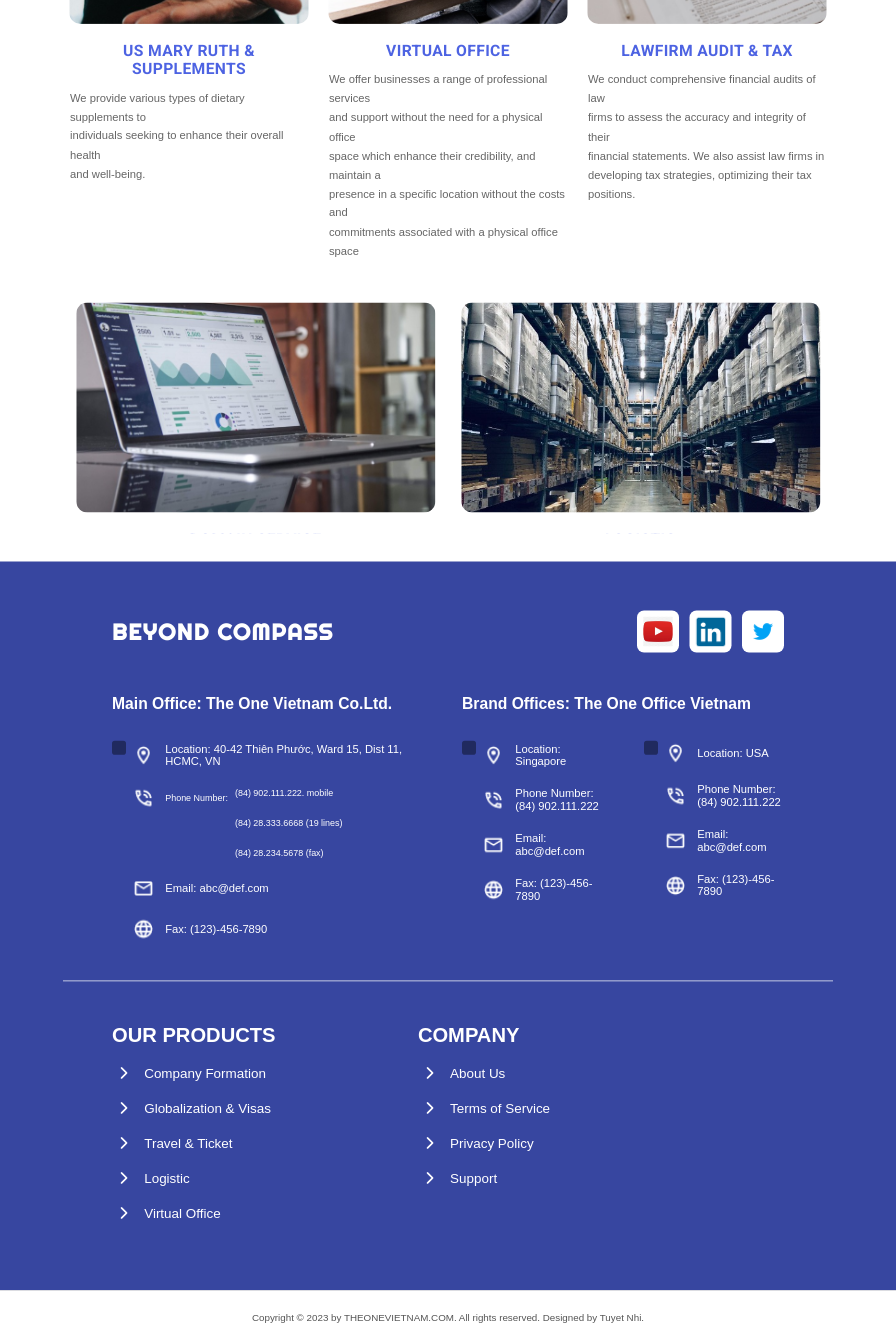
Repository: trunghau06/baitapRn
Page: pages/product.html
An editor plug-in stored every save of this project. The page is shown before and after a run of saves, followed by the edit.
The browser window is 1280 px wide. The pictures show the part of the page from y = 1523 to 3443 px (the page is 3443 px tall before and 3423 px after), at 70% of full size.

Above is the page before, as saved 2025-10-09 22:35:06.

After the next 4 saves:
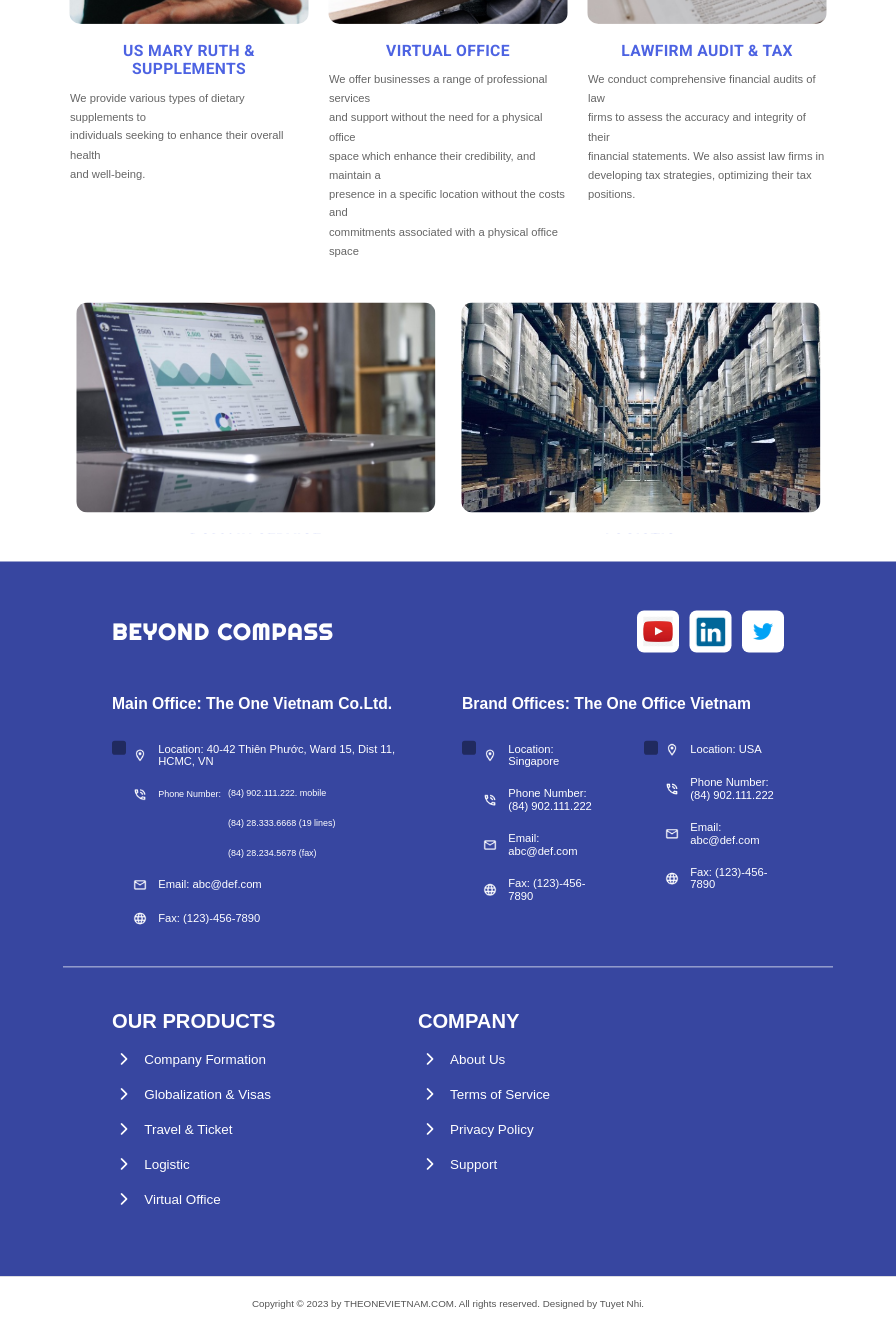
The 4 saves are shown as one change because they came seconds apart.
The last was saved 20 s later.
--- a/style/product.css
+++ b/style/product.css
@@ -362,8 +362,8 @@ nav ul li a.active::after {
 }
 
 .content-info img {
-    width: 30px;
-    height: 30px;
+    width: 20px;
+    height: 20px;
     margin-right: 16px;
     vertical-align: middle;
     filter: brightness(0) invert(1);
